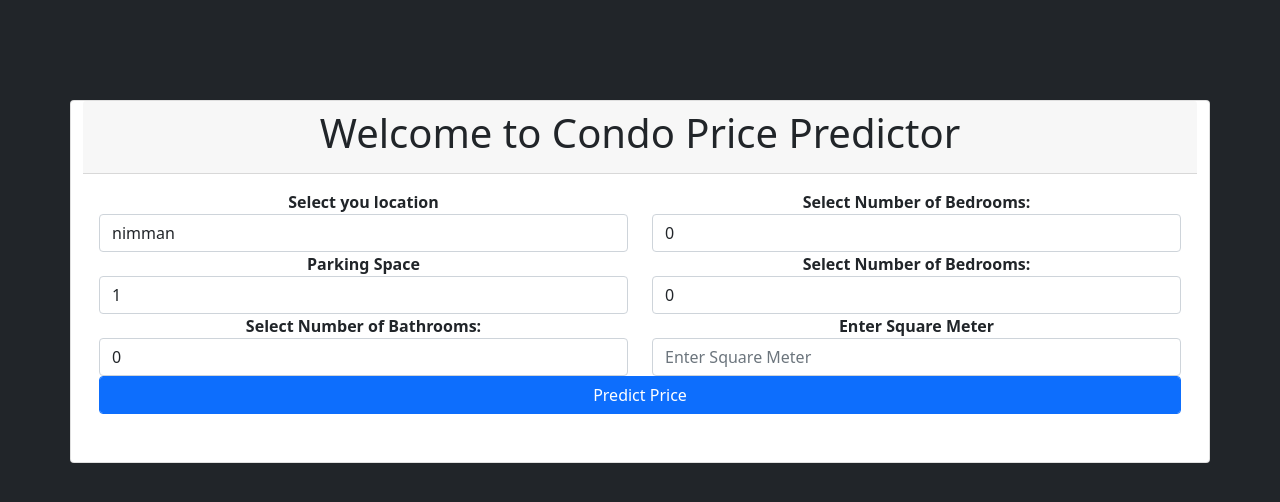
Repository: myothida/condoprice_CNX
Page: http://localhost/
An editor plug-in stored every save of this project. The page is shown before and after the next save, followed by the edit.
The browser window is 1280 px wide. The pictures show the whole page.
The page is served by the project's application, run on Flask 3 (main.py).

Above is the page before, as saved 2023-09-29 02:39:19.

After the next save:
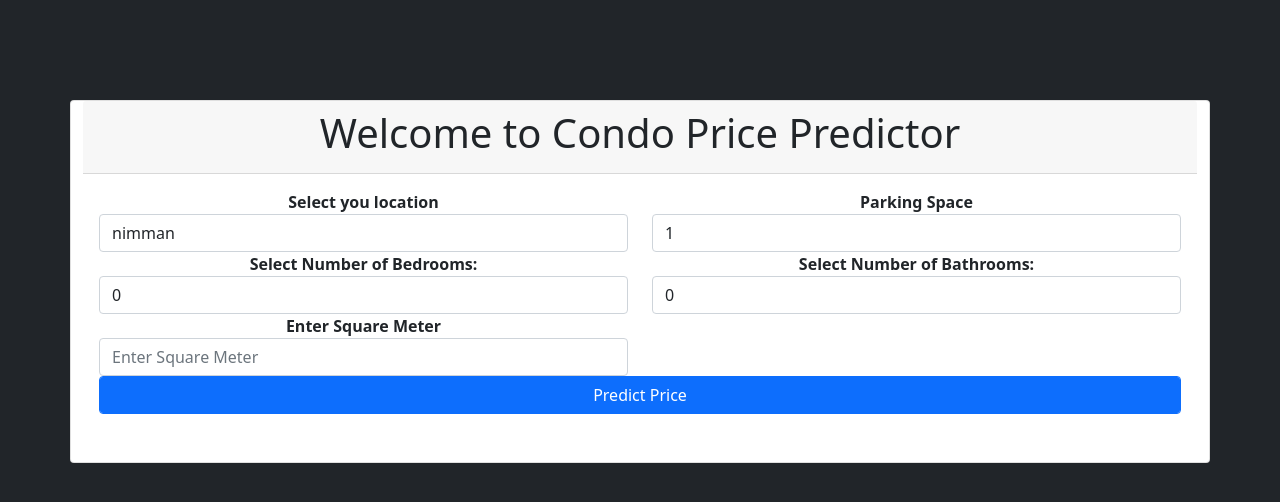
Saved 10 min 4 s later.
--- a/templates/index.html
+++ b/templates/index.html
@@ -39,20 +39,6 @@
                     <option>muang</option>
                   </select>
                 </div>
-                <div class="col-md-6 form-group" style="text-align: center">
-                  <label><b>Select Number of Bedrooms:</b></label>
-                  <select
-                    class="select-picker form-control"
-                    id="bedroom"
-                    name="bedroom"
-                  >
-                    <option>0</option>
-                    <option>1</option>
-                    <option>2</option>
-                    <option>3</option>
-                  </select>
-                </div>
-
                 <div class="col-md-6 form-group" style="text-align: center">
                   <label><b>Parking Space</b></label>
                   <select
